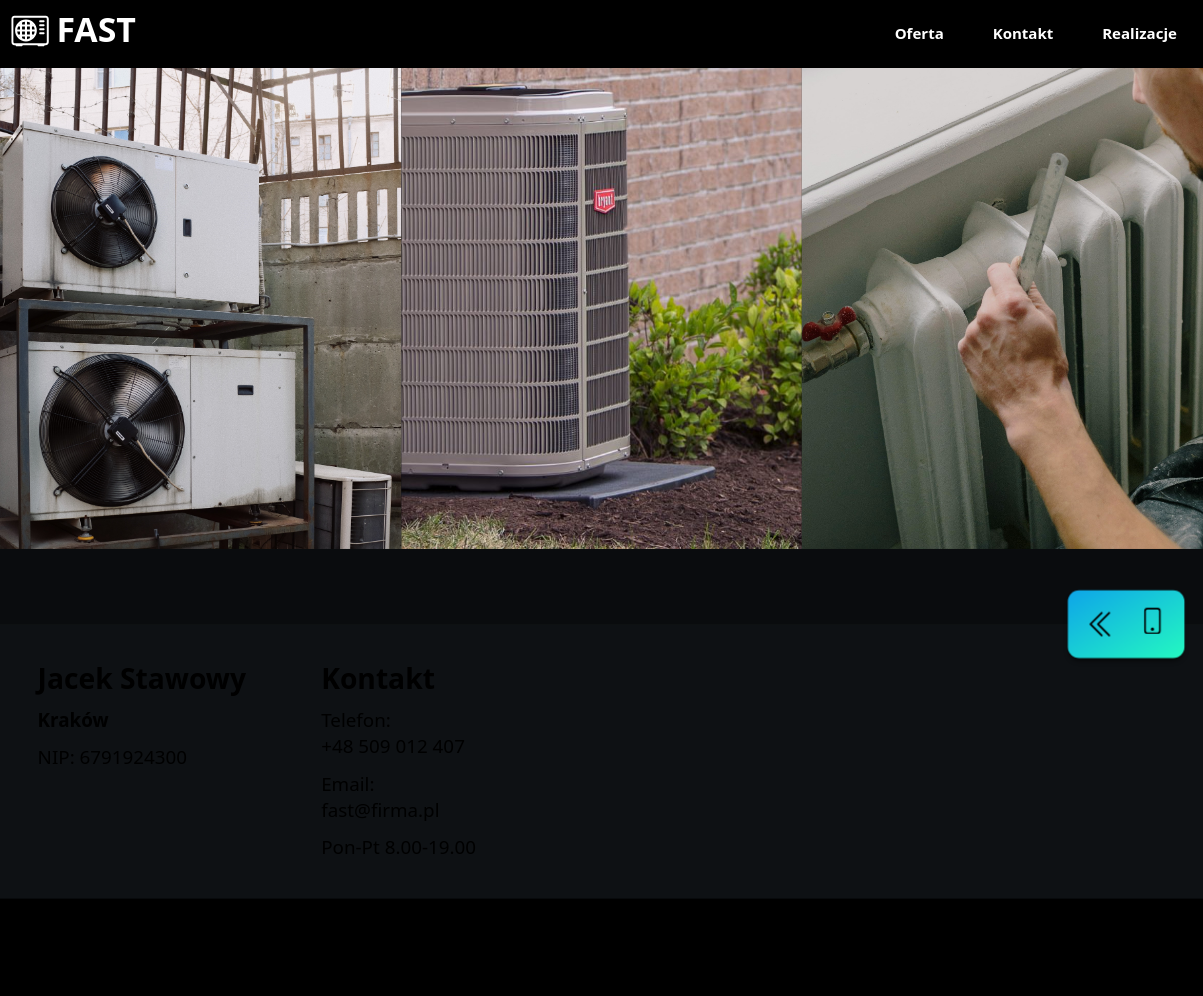
Repository: piotrokrutniak/Fast-CompanyWebsite
Page: /carousel
These files come from the project's save history. The page is drawn as it stood at one moment and after the next save; the edit follows.
The browser window is 1280 px wide. The pictures show the whole page, at 94% of full size.
The project was rebuilt for these pictures with package versions that can differ from the ones it lists, and the page was loaded fresh each time. The framework's server and built-in components were replaced by stand-ins that run in the browser. Also part of the build but not shown: next.config.js.

Above is the page before, as saved 2023-10-21 10:36:06.

### src/app/layout.js
import FootBar from './components/footbar/footbar'
import Navbar from './components/navbar/navbar'
import QuickContact from './components/quickContact'
import './globals.css'
import { Inter } from 'next/font/google'

const inter = Inter({ subsets: ['latin'] })

export const metadata = {
  title: 'Fast - Klimatyzacje Kraków',
  description: 'F.U.H. Fast Jacek Stawowy - Klimatyzacje',
}

export default function RootLayout({ children }) {
  return (
    <html lang="en" className=''>
      <body className='bg-black min-w-mobile overflow-x-hidden'>
        <div className='bg-slate-500/10 min-h-screen relative'>
          <Navbar/>
          {children}
          <QuickContact/>
          <FootBar/>
        </div>
      </body>
    </html>
  )
}

### src/app/(pages)/carousel/page.js
import Image from "next/image"
import p1 from "../../../../public/img/air-conditioning-2.jpg"
import p2 from "../../../../public/img/heat-pump-2.jpg"
import p3 from "../../../../public/img/heating-2.jpg"
// import ac1 from "./media/img/air-conditioning-2.jpg"
// import ac2 from "./media/img/heat-pump-2.jpg"
// import ac3 from "./media/img/heating-2.jpg"

export default function CarouselPage(){
    return(
        <div className="w-full max-w-7xl relative mx-auto overflow-hidden">

        <div className="relative h-128 flex overflow-visible -translate-x-[0%]">
            <div className="w-screen h-full relative">
                <Image src={p1} layout='fill' objectFit='cover' className="h-full"/>
            </div>
            <div className="w-screen h-full relative">
                <Image src={p2} layout='fill' objectFit='cover'/>
            </div>
            <div className="w-screen h-full relative">
                <Image src={p3} layout='fill' objectFit='cover'/>
            </div>
        </div>
        </div>
    )
}

### src/app/components/footbar/footbar.js
import Link from "next/link";

export default function FootBar(){
    return(
        <footer className="bg-slate-500/5 mt-20">
            <div className="max-w-7xl w-full p-10 flex gap-8 sm:gap-20 m-auto">
                <div className="flex flex-col gap-3">
                    <h1 className="font-bold text-3xl">Jacek Stawowy</h1>
                    <h2 className="font-semibold text-xl">Kraków</h2>
                    <h2 className="font-thin text-xl">NIP: 6791924300</h2>
                </div>

                <div className="flex flex-col gap-3">
                    <h1 className="font-bold text-3xl">Kontakt</h1>
                    <h2 className="font-thin text-xl">Telefon:
                    <Link href={"tel:+48 509 012 407"} className="cursor-pointer hover:text-emerald-200">
                        <p className="whitespace-nowrap">
                            +48 509 012 407
                        </p>
                    </Link>
                    </h2>
                    <h2 className="font-thin text-xl">Email:
                    <Link href={"email:fast@firma.pl"} className="cursor-pointer hover:text-emerald-200">
                        <p className="whitespace-nowrap">
                            fast@firma.pl
                        </p>
                    </Link>
                    </h2>
                    <h2 className="font-thin text-xl">Pon-Pt 8.00-19.00</h2>
                </div>
            </div>
            <div className="bg-black flex p-10 ">
                <div className="xs:m-auto w-fit">
                    © Piotr Okrutniak 2022
                </div>
            </div>
        </footer>
    )
}

### src/app/components/navbar/navbar.js
"use client";
import { useState } from "react";
import ButtonBase from "../common/buttonBase";
import AcLogo from "../icons/ac";
import {BsList, BsXLg} from "react-icons/bs";
import Link from "next/link";

export default function Navbar(){
    const [mobileOpen, setMobileOpen] = useState(false)

    return(
        <nav className="sticky bg-black top-0 w-full py-3 px-5 sm:px-3  z-50">
            <div className="flex justify-between mx-auto max-w-7xl h-auto align-middle">
                <Link href="/">
                    <div className="text-white text-4xl font-bold hover:cursor-pointer flex gap-2 align-middle
                        hover:text-emerald-200 hover:fill-emerald-200 fill-white active:opacity-90 transition-all">
                        <AcLogo className="h-10 w-10 top-px relative"/>
                        FAST
                    </div>
                </Link>
                <div className="align-middle gap-5 text-black transition-all ease-in hidden sm:flex">
                    <Link href="/oferta">
                        <ButtonBase text="Oferta" color="bg-transparent" className="hover:bg-slate-400/25 text-white"  onClick={() => setMobileOpen(false)}/>
                    </Link>
                    <Link href="/kontakt">
                        <ButtonBase text="Kontakt" color="bg-transparent" className="hover:bg-slate-400/25 text-white"  onClick={() => setMobileOpen(false)}/>
                    </Link>
                    <Link href="/realizacje">
                        <ButtonBase text="Realizacje" color="bg-transparent" className="hover:bg-slate-400/25 text-white"  onClick={() => setMobileOpen(false)}/>
                    </Link>
                </div>
                <div className=" sm:hidden flex">
                    <BsList className="h-12 w-12 cursor-pointer hover:fill-emerald-200 active:opacity-90" onClick={() => setMobileOpen(true)}/>
                </div>
            </div>

            <div className={`${mobileOpen ? "" : "translate-x-full"} absolute w-screen h-screen bg-black left-0 top-0 sm:hidden transition-all`}>
                <div id="mobile-header" className="flex p-3 cursor-pointer" onClick={() => setMobileOpen(false)}>
                    <BsXLg className="w-14 h-14 p-2 hover:fill-emerald-200 active:opacity-70 absolute right-4"/>
                </div>
                <div id="mobile-list" className="flex flex-col w-full gap-8 justify-center text-xl px-5 py-32">
                    <Link href="/kontakt" onClick={() => setMobileOpen(false)}>
                        <ButtonBase text="Kontakt" className="w-full py-6 px-10 bg-gradient-to-br hover:from-sky-500 hover:to-emerald-200 self-center" color="bg-slate-500/25"/>
                    </Link>
                    <Link href="/oferta" onClick={() => setMobileOpen(false)}>
                        <ButtonBase text="Oferta" className="w-full py-6 px-10 bg-gradient-to-br hover:from-sky-500 hover:to-emerald-200 self-center" color="bg-slate-500/25"/>
                    </Link>
                    <Link href="/realizacje" onClick={() => setMobileOpen(false)}>
                        <ButtonBase text="Realizacje" className="w-full py-6 px-10 bg-gradient-to-br hover:from-sky-500 hover:to-emerald-200 self-center" color="bg-slate-500/25"/>
                    </Link>
                    <Link href="/" onClick={() => setMobileOpen(false)}>
                        <ButtonBase text="Strona Główna" className="w-full py-6 px-10 bg-gradient-to-br hover:from-sky-500 hover:to-emerald-200 self-center" color="bg-slate-500/25"/>
                    </Link>
                </div>
                <div className="p-10 justify-self-center w-full text-center bottom-0 absolute">
                    © Piotr Okrutniak 2022
                </div>
            </div>
        </nav>
    )
}

### src/app/components/quickContact.js
"use client";

import Link from "next/link";
import { useState } from "react"
import {BsChevronDoubleRight, BsPhone} from "react-icons/bs"

export default function QuickContact(){
    const [folded, setFolded] = useState(true)

    function Transition(){
        setFolded((old) => !old)
    }

    return(
        <div className="bg-gradient-to-br from-sky-500 to-emerald-200 rounded-xl w-fit sm:p-5 p-3 text-base
            font-normal shadow-md shadow-black/50 fixed right-5 bottom-5 flex items-center gap-4 transition-all ease-in-out whitespace-nowrap">
            <BsChevronDoubleRight className={`${folded ? "rotate-180" : "rotate-0"} transition-all ease-in h-8 w-8 cursor-pointer active:opacity-60 select-none`}
                onClick={() => Transition()}/>
            <div className="flex gap-2">
                <p className={`${folded ? "w-0" : "w-72 max-sm:w-44"} overflow-hidden transition-all ease-in flex max-sm:flex-col`}><p>Skontaktuj się z nami:</p> <Link href={"tel:+48 509 012 407"} className="cursor-pointer">+48 509 012 407</Link></p>
                <BsPhone className="h-7 w-7 animate-bounce self-center"/>
            </div>
        </div>
    )
}

### src/app/globals.css
@import 'tailwindcss/base';
@import 'tailwindcss/components';
@import 'tailwindcss/utilities';

:root {

}

@media (prefers-color-scheme: dark) {
  :root {
    --foreground-rgb: 255, 255, 255;
    scroll-behavior: smooth;
  }
}

body {
  color: rgb(var(--foreground-rgb));
  background: linear-gradient(
      to bottom,
      transparent,
      rgb(var(--background-end-rgb))
    )
    rgb(var(--background-start-rgb));
}

@layer base {
  html {
    scroll-behavior: smooth;
  }
}

### src/app/components/common/buttonBase.js
export default function ButtonBase({...props}){
    return(
        <button className={`${props.className} ${props.color ?? "bg-sky-500"} py-3 px-4 rounded-lg font-semibold active:opacity-80 flex items-center gap-2 whitespace-nowrap transition-all`}
            onClick={props.onClick}>
            {props.text} {props.icon ?? ""}
        </button>
    )
}

### src/app/components/icons/ac.js
export default function AcLogo({...props}){
    return(
        <svg
            xmlns="http://www.w3.org/2000/svg"
            xmlSpace="preserve"
            width={800}
            height={800}
            viewBox="0 0 507.802 507.802"
            {...props}
        >
            <path d="M465.7 47.901H42.3c-23.3 0-42.3 18.9-42.3 42.3v313.3c0 23.3 19 42.3 42.3 42.3h16.1c0 7.8 6.3 14.1 14.1 14.1H139c7.8 0 14.1-6.3 14.1-14.1h201.6c0 7.8 6.3 14.1 14.1 14.1h66.5c7.8 0 14.1-6.3 14.1-14.1h16.1c23.3 0 42.3-19 42.3-42.3v-313.3c.2-23.4-18.8-42.3-42.1-42.3zm0 369.7H42.3c-7.8 0-14.1-6.3-14.1-14.1v-313.3c0-7.8 6.3-14.1 14.1-14.1h423.3c7.8 0 14.1 6.3 14.1 14.1v313.3h.1c0 7.8-6.3 14.1-14.1 14.1z" />
            <path d="M435.6 107.801H391c-7.8 0-14.1 6.3-14.1 14.1s6.3 14.1 14.1 14.1h44.6c7.8 0 14.1-6.3 14.1-14.1s-6.3-14.1-14.1-14.1zM435.6 161.601H391c-7.8 0-14.1 6.3-14.1 14.1s6.3 14.1 14.1 14.1h44.6c7.8 0 14.1-6.3 14.1-14.1s-6.3-14.1-14.1-14.1zM435.6 215.301H391c-7.8 0-14.1 6.3-14.1 14.1s6.3 14.1 14.1 14.1h44.6c7.8 0 14.1-6.3 14.1-14.1s-6.3-14.1-14.1-14.1zM435.6 269.101H391c-7.8 0-14.1 6.3-14.1 14.1s6.3 14.1 14.1 14.1h44.6c7.8 0 14.1-6.3 14.1-14.1s-6.3-14.1-14.1-14.1zM198.3 99.701c-81.1 0-147.1 66-147.1 147.1s66 147.1 147.1 147.1 147.1-66 147.1-147.1-66-147.1-147.1-147.1zm-80.9 233.9c-2-1.9-3.9-3.8-5.8-5.8h5.8v5.8zm0-34H92c-5.9-11.9-10-24.9-11.6-38.6h37v38.6zm0-66.9h-37c1.6-13.7 5.6-26.7 11.6-38.6h25.4v38.6zm0-66.8h-5.8c1.9-2 3.8-3.9 5.8-5.8v5.8zm66.8 198.9c-13.7-1.6-26.7-5.7-38.6-11.6v-25.4h38.6v37zm0-65.2h-38.6v-38.6h38.6v38.6zm0-66.9h-38.6v-38.6h38.6v38.6zm0-66.8h-38.6v-25.4c11.9-5.9 24.9-10 38.6-11.6v37zm95.1-5.8c2 1.9 3.9 3.8 5.8 5.8h-5.8v-5.8zm0 34h25.4c5.9 11.9 10 24.9 11.6 38.6h-37v-38.6zm-28.2 159.1c-11.9 5.9-24.9 10-38.6 11.6v-37h38.6v25.4zm0-53.6h-38.6v-38.6h38.6v38.6zm0-66.9h-38.6v-38.6h38.6v38.6zm0-66.8h-38.6v-37c13.7 1.6 26.7 5.7 38.6 11.6v25.4zm28.2 167.7v-5.8h5.8c-1.9 2-3.8 4-5.8 5.8zm0-34v-38.6h37c-1.6 13.7-5.7 26.7-11.6 38.6h-25.4z" />
        </svg>
    )
}

### tailwind.config.js
/** @type {import('tailwindcss').Config} */
module.exports = {
  content: [
    './src/pages/**/*.{js,ts,jsx,tsx,mdx}',
    './src/components/**/*.{js,ts,jsx,tsx,mdx}',
    './src/app/**/*.{js,ts,jsx,tsx,mdx}',
  ],
  theme: {
    extend: {
      backgroundImage: {
        'gradient-radial': 'radial-gradient(var(--tw-gradient-stops))',
        'gradient-conic':
          'conic-gradient(from 180deg at 50% 50%, var(--tw-gradient-stops))',
      },
      height:{
        '112': '28rem',
        '128': '32rem',
      },
      width:{
        '112': '28rem',
        '128': '32rem',
      },
      colors:{
        "emerald":{
          "50": "#b0fde8",
          "100": "#60FBD2",
          "200": "#24F9C1",
          "400": "#06EFB1",
          "500": "#06d6a0",
        }
      },
      minWidth:{
        'mobile': '360px',
        '54': '258px',
      },
      screens:{
        'xs': '580px',
        '850': '850px',
      },
    },
  },
  plugins: [],
}

After the next save:
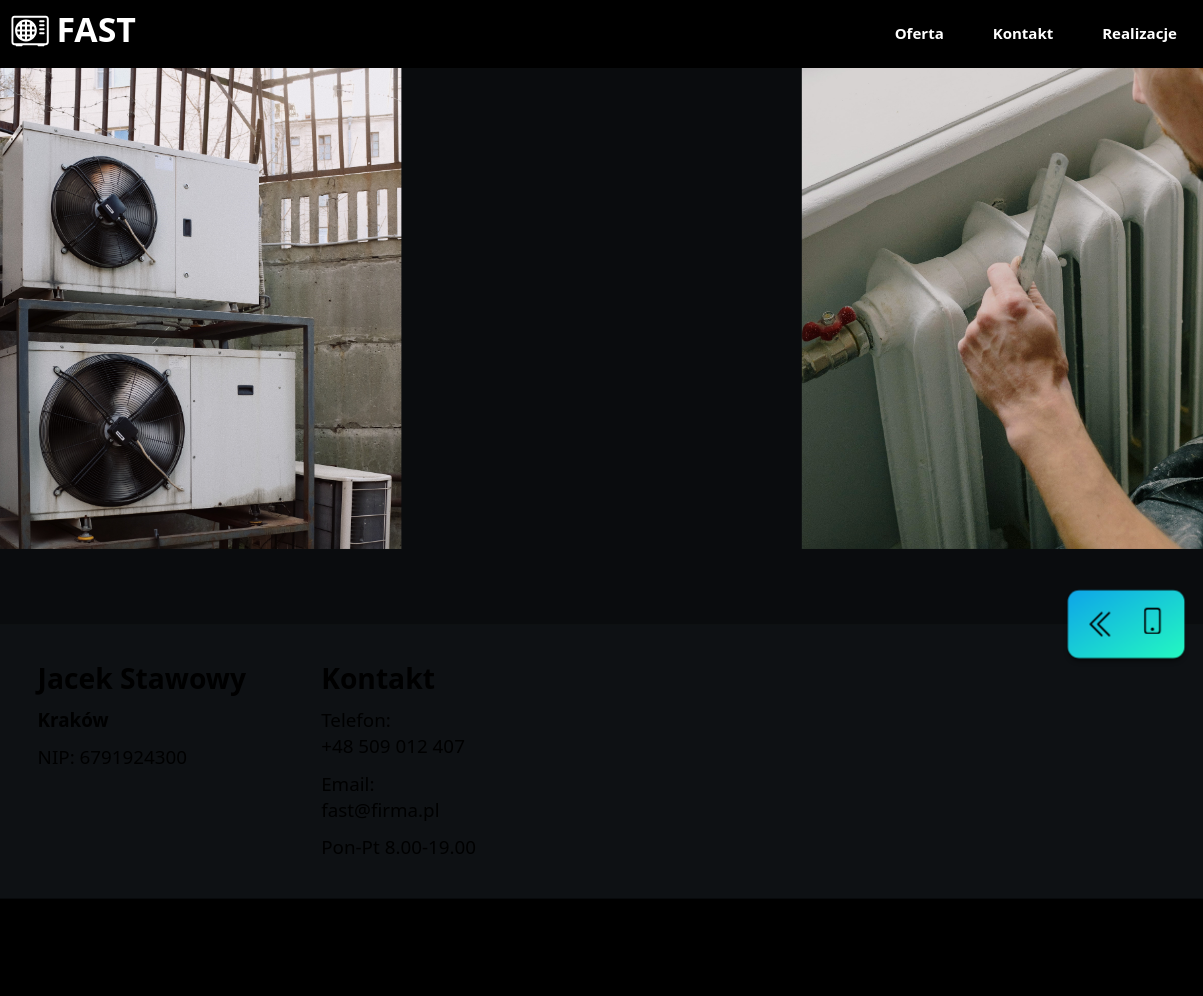
Saved 26 s later.
--- a/src/app/(pages)/carousel/page.js
+++ b/src/app/(pages)/carousel/page.js
@@ -14,7 +14,7 @@ export default function CarouselPage(){
             <div className="w-screen h-full relative">
                 <Image src={p1} layout='fill' objectFit='cover' className="h-full"/>
             </div>
-            <div className="w-screen h-full relative">
+            <div className="w-screen h-max relative">
                 <Image src={p2} layout='fill' objectFit='cover'/>
             </div>
             <div className="w-screen h-full relative">
